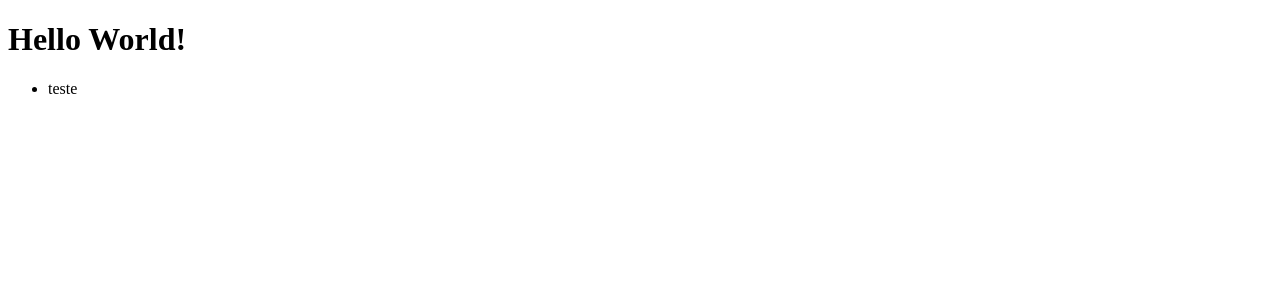
Repository: gustavofragadeveloper/Estudos-backend
Page: AULA6/aula-02-04/src/main/webapp/index.html
These files come from the project's save history. The page is drawn as it stood at one moment and after the next save; the edit follows.
The browser window is 1280 px wide. The pictures show the whole page.

Above is the page before, as saved 2024-04-02 23:20:10.

### AULA6/aula-02-04/src/main/webapp/index.html
<!DOCTYPE html>
<html>
<head>
<meta charset="UTF-8">
<title>Insert title here</title>
</head>
<body>
<h1>Hello World!</h1>
<ul>
  <li>teste</li>
</ul>
</body>
</html>

After the next save:
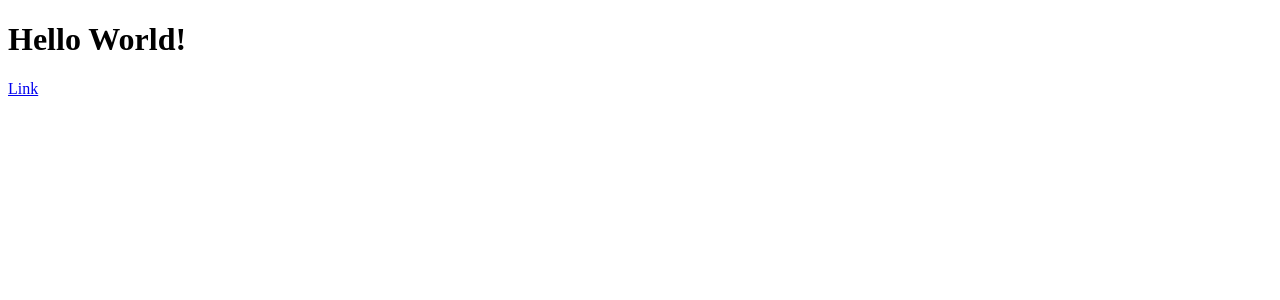
Saved 12 min 12 s later.
--- a/AULA6/aula-02-04/src/main/webapp/index.html
+++ b/AULA6/aula-02-04/src/main/webapp/index.html
@@ -6,8 +6,6 @@
 </head>
 <body>
 <h1>Hello World!</h1>
-<ul>
-  <li>teste</li>
-</ul>
+<a href="/aula-02-04/aula?nome=Gustavo&idade=19">Link</a>
 </body>
 </html>
